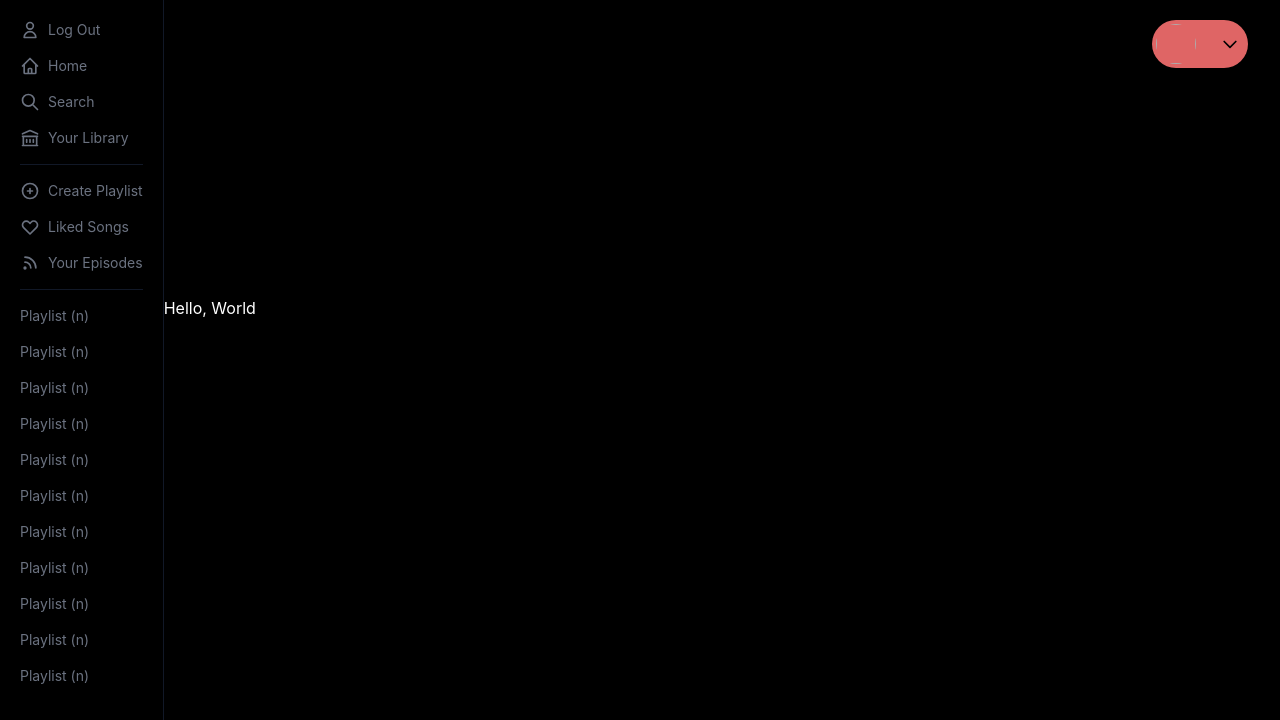
Repository: Delos-343/Spotify-2.0
Page: /
These files come from the project's save history. The page is drawn as it stood at one moment and after the next save; the edit follows.
The browser window is 1280 px wide. The pictures show the whole page.
The page's requests for data from a server got no answer. The project was rebuilt for these pictures with package versions that can differ from the ones it lists, and the page was loaded fresh each time. The framework's server and built-in components were replaced by stand-ins that run in the browser. No one was signed in, and anything a server would have sent is missing. Also part of the build but not shown: next.config.js.

Above is the page before, as saved 2022-04-11 21:40:48.

### pages/_app.js
import '../styles/globals.css'
import { SessionProvider } from 'next-auth/react'

function MyApp({ Component, pageProps: {session, ...pageProps} }) {
  return (
    <SessionProvider session={session}>
      <Component {...pageProps} />
    </SessionProvider>
  )
}

export default MyApp

### pages/index.js
import Head from 'next/head'
import Center from '../components/Center'
import Sidebar from '../components/Sidebar'

export default function Home() {
  return (
    <div className='bg-black h-screen overflow-hidden'>
      <Head>
        <title>Spotify 2.0 (Clone)</title>
        <meta name="description" content="Generated by create next app" />
        <link rel="icon" href="/favicon.ico" />
      </Head>

      <main className='flex'>
        <Sidebar />
        <Center />
      </main>

      <div> {/*   Player    */} </div>
    </div>
  )
}

### components/Center.jsx
import { React, useEffect, useState } from 'react'
import { useSession } from 'next-auth/react'
import { ChevronDownIcon } from '@heroicons/react/outline'
import { shuffle } from 'lodash'

const colors = [
    "from-indigo-500",
    "from-blue-500",
    "from-green-500",
    "from-red-500",
    "from-yellow-500",
    "from-pink-500",
    "from-purple-500",
]

function Center() {

    const { data: session } = useSession()
    const [color, setColor] = useState(null)

    useEffect(() => {
        setColor(shuffle(colors).pop())
    }, [])

  return (
    <div className='flex-grow'>
        <header className='absolute top-5 right-8'>
            <div className='flex items-center bg-red-400 space-x-3 opacity-90 hover:opacity-80 cursor-pointer rounded-full p-1 pr-2'>
                <img className='rounded-full w-10 h-10' src={session?.user.image} alt='' />
                <h2>{session?.user.name}</h2>
                <ChevronDownIcon className='h-5 w-5' />
            </div>
        </header>
        <section className={'flex items-end space-x-7 bg-gradient-to-b to-black ${color} h-80 text-white padding-8 w-full'}>
            {/* <img src='' alt='' /> */}
            <h1> Hello, World </h1>
        </section>
    </div>
  )
}

export default Center

### components/Sidebar.jsx
import React from 'react'
import { UserIcon, HomeIcon, SearchIcon, LibraryIcon, PlusCircleIcon, HeartIcon, RssIcon } from '@heroicons/react/outline'
import { signOut, useSession } from 'next-auth/react'

function Sidebar() {

    const { data: session, status } = useSession()

    console.log(session)

  return (
    <div className='text-gray-500 p-5 text-sm border-r border-gray-900 overflow-y-scroll scrollbar-hide h-screen'>
        <div className='space-y-4'>
        <button className='flex items-center space-x-2 hover:text-white' onClick={ () => signOut() }>
                <UserIcon className='h-5 w-5' />
                <p> Log Out </p>
            </button>
            <button className='flex items-center space-x-2 hover:text-white'>
                <HomeIcon className='h-5 w-5' />
                <p> Home </p>
            </button>
            <button className='flex items-center space-x-2 hover:text-white'>
                <SearchIcon className='h-5 w-5' />
                <p> Search </p>
            </button>
            <button className='flex items-center space-x-2 hover:text-white'>
                <LibraryIcon className='h-5 w-5' />
                <p> Your Library </p>
            </button>

            <hr className='border-t-[0.1px] border-gray-900' />

            <button className='flex items-center space-x-2 hover:text-white'>
                <PlusCircleIcon className='h-5 w-5' />
                <p> Create Playlist </p>
            </button>
            <button className='flex items-center space-x-2 hover:text-white'>
                <HeartIcon className='h-5 w-5' />
                <p> Liked Songs </p>
            </button>
            <button className='flex items-center space-x-2 hover:text-white'>
                <RssIcon className='h-5 w-5' />
                <p> Your Episodes </p>
            </button>

            <hr className='border-t-[0.1px] border-gray-900' />

            {/*     Playlist     */}
            <p className='cursor-pointer hover:text-white'> Playlist (n) </p>
            <p className='cursor-pointer hover:text-white'> Playlist (n) </p>
            <p className='cursor-pointer hover:text-white'> Playlist (n) </p>
            <p className='cursor-pointer hover:text-white'> Playlist (n) </p>
            <p className='cursor-pointer hover:text-white'> Playlist (n) </p>
            <p className='cursor-pointer hover:text-white'> Playlist (n) </p>
            <p className='cursor-pointer hover:text-white'> Playlist (n) </p>
            <p className='cursor-pointer hover:text-white'> Playlist (n) </p>
            <p className='cursor-pointer hover:text-white'> Playlist (n) </p>
            <p className='cursor-pointer hover:text-white'> Playlist (n) </p>
            <p className='cursor-pointer hover:text-white'> Playlist (n) </p>

        </div>
    </div>
  )
}

export default Sidebar

### tailwind.config.js
module.exports = {
  content: [
    "./pages/**/*.{js,ts,jsx,tsx}",
    "./components/**/*.{js,ts,jsx,tsx}",
  ],
  theme: {
    extend: {},
  },
  plugins: [
    require('tailwind-scrollbar-hide')
  ],
}

Loaded but not shown: styles/globals.css (common file)

After the next save:
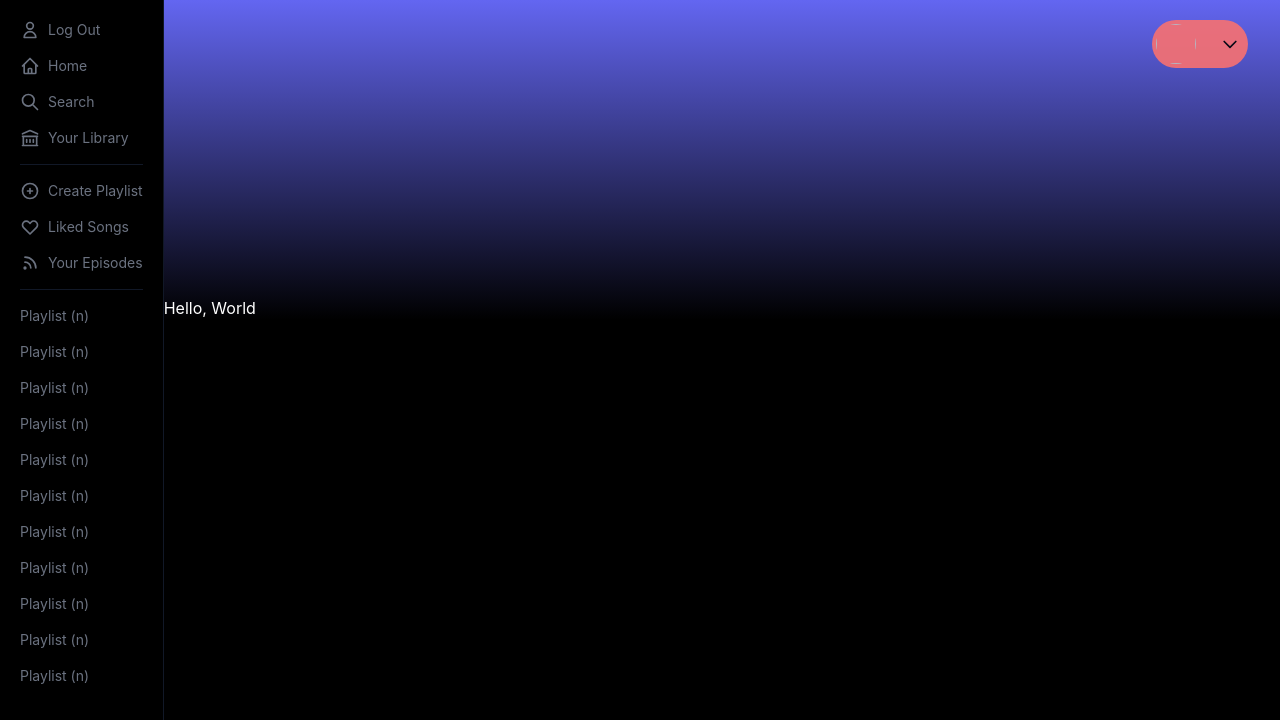
Saved 18 s later.
--- a/components/Center.jsx
+++ b/components/Center.jsx
@@ -31,7 +31,7 @@ function Center() {
                 <ChevronDownIcon className='h-5 w-5' />
             </div>
         </header>
-        <section className={'flex items-end space-x-7 bg-gradient-to-b to-black ${color} h-80 text-white padding-8 w-full'}>
+        <section className={`flex items-end space-x-7 bg-gradient-to-b to-black ${color} h-80 text-white padding-8 w-full`}>
             {/* <img src='' alt='' /> */}
             <h1> Hello, World </h1>
         </section>
